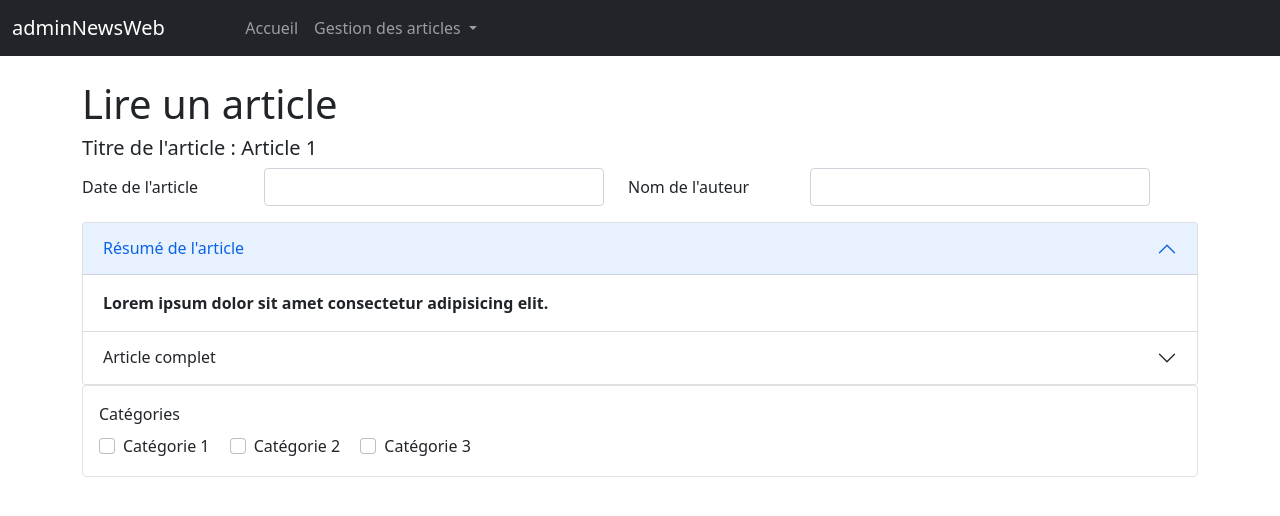
Repository: WebFormP/NewsWeb_PHP
Page: http://localhost/admin/?p=lireArticle
An editor plug-in stored every save of this project. The page is shown before and after the next save, followed by the edit.
The browser window is 1280 px wide. The pictures show the whole page.
The page is run by PHP 8.4 with error messages shown; the project is at /var/www/html/.

Above is the page before, as saved 2022-01-20 13:57:01.

### admin/index.php
<?php

include "./header.php";
include "./" . (isset($_GET["p"]) && !empty($_GET["p"]) ? $_GET["p"] : "lireTousArticles") . ".php";
include "./footer.php";

### admin/header.php
<?php
?>
<!doctype html>
<html lang="fr">

<head>
    <!-- Required meta tags -->
    <meta charset="utf-8">
    <meta name="viewport" content="width=device-width, initial-scale=1">

    <!-- Bootstrap CSS -->
    <link href="https://cdn.jsdelivr.net/npm/bootstrap@5.1.3/dist/css/bootstrap.min.css" rel="stylesheet" integrity="sha384-1BmE4kWBq78iYhFldvKuhfTAU6auU8tT94WrHftjDbrCEXSU1oBoqyl2QvZ6jIW3" crossorigin="anonymous">

    <title>NewsWeb - Créer un article</title>
</head>

<body>
    <nav class="navbar navbar-expand-lg navbar-dark bg-dark mb-4">
        <div class="container-fluid">
            <a class="navbar-brand col-2" href="#">adminNewsWeb</a>
            <button class="navbar-toggler" type="button" data-bs-toggle="collapse" data-bs-target="#navbarSupportedContent" aria-controls="navbarSupportedContent" aria-expanded="false" aria-label="Toggle navigation">
                <span class="navbar-toggler-icon"></span>
            </button>
            <div class="collapse navbar-collapse" id="navbarSupportedContent">
                <ul class="navbar-nav me-auto mb-2 mb-lg-0 col-10">
                    <li class="nav-item">
                        <a class="nav-link" aria-current="page" href="./">Accueil</a>
                    </li>
                    <li class="nav-item dropdown">
                        <a class="nav-link dropdown-toggle" href="#" id="navbarDropdown" role="button" data-bs-toggle="dropdown" aria-expanded="false">
                            Gestion des articles
                        </a>
                        <ul class="dropdown-menu" aria-labelledby="navbarDropdown">
                            <li><a class="dropdown-item" href="./?p=creerArticle">Créer un article</a></li>
                            <li><a class="dropdown-item" href="./?p=modifierArticle">Modifier un article</a></li>
                            <li><a class="dropdown-item" href="./?p=supprimerArticle">Supprimer un article</a></li>
                            <li>
                                <hr class="dropdown-divider">
                            </li>
                            <li><a class="dropdown-item" href="./?p=lireTousArticles">Liste des articles</a></li>
                        </ul>
                    </li>
                </ul>
            </div>
        </div>
    </nav>

### admin/lireArticle.php
<div class="container">
  <h1 class="col-12">Lire un article</h1>

  <h5>Titre de l'article : Article 1</h5>
  <div class="row">
    <div class="mb-3 row col-6">
      <label for="titreArticle" class="col-form-label col-4">Date de l'article</label>
      <div class="col-8">
        <input type="text" class="form-control" id="titreArticle" name="titreArticle">
      </div>
    </div>
    <div class="mb-3 row col-6">
      <label for="nomAuteur" class="col-form-label col-4">Nom de l'auteur</label>
      <div class="col-8">
        <input type="text" class="form-control" id="nomAuteur" name="nomAuteur">
      </div>
    </div>
  </div>

  <div class="accordion" id="accordionExample">
    <div class="accordion-item">
      <h2 class="accordion-header" id="headingOne">
        <button class="accordion-button" type="button" data-bs-toggle="collapse" data-bs-target="#collapseOne" aria-expanded="true" aria-controls="collapseOne">
          Résumé de l'article
        </button>
      </h2>
      <div id="collapseOne" class="accordion-collapse collapse show" aria-labelledby="headingOne" data-bs-parent="#accordionExample">
        <div class="accordion-body">
          <strong>Lorem ipsum dolor sit amet consectetur adipisicing elit.</strong>
        </div>
      </div>
    </div>
    <div class="accordion-item">
      <h2 class="accordion-header" id="headingTwo">
        <button class="accordion-button collapsed" type="button" data-bs-toggle="collapse" data-bs-target="#collapseTwo" aria-expanded="false" aria-controls="collapseTwo">
          Article complet
        </button>
      </h2>
      <div id="collapseTwo" class="accordion-collapse collapse" aria-labelledby="headingTwo" data-bs-parent="#accordionExample">
        <div class="accordion-body">
          <p>Lorem, ipsum dolor sit amet consectetur adipisicing elit. Quam voluptates, nulla porro magni itaque odio expedita, ea perferendis perspiciatis, deserunt tenetur amet veniam minus dolor blanditiis sequi obcaecati iure laboriosam.</p>
        </div>
      </div>
    </div>
  </div>

  <fieldset name="categ" legend="Catégories" class="border p-3 rounded mb-3">
    <label class="form-label">Catégories</label>
    <br />
    <div class="form-check form-check-inline">
      <input class="form-check-input" type="checkbox" id="inlineCheckbox1" value="option1" name="categories">
      <label class="form-check-label" for="inlineCheckbox1">Catégorie 1</label>
    </div>
    <div class="form-check form-check-inline">
      <input class="form-check-input" type="checkbox" id="inlineCheckbox2" value="option2" name="categories">
      <label class="form-check-label" for="inlineCheckbox2">Catégorie 2</label>
    </div>
    <div class="form-check form-check-inline">
      <input class="form-check-input" type="checkbox" id="inlineCheckbox2" value="option3" name="categories">
      <label class="form-check-label" for="inlineCheckbox2">Catégorie 3</label>
    </div>
  </fieldset>

</div>

### admin/footer.php
<?php
?>

<!-- Optional JavaScript; choose one of the two! -->

<!-- Option 1: Bootstrap Bundle with Popper -->
<script src="https://cdn.jsdelivr.net/npm/bootstrap@5.1.3/dist/js/bootstrap.bundle.min.js" integrity="sha384-ka7Sk0Gln4gmtz2MlQnikT1wXgYsOg+OMhuP+IlRH9sENBO0LRn5q+8nbTov4+1p" crossorigin="anonymous"></script>

<!-- Option 2: Separate Popper and Bootstrap JS -->
<!--
    <script src="https://cdn.jsdelivr.net/npm/@popperjs/core@2.10.2/dist/umd/popper.min.js" integrity="sha384-7+zCNj/IqJ95wo16oMtfsKbZ9ccEh31eOz1HGyDuCQ6wgnyJNSYdrPa03rtR1zdB" crossorigin="anonymous"></script>
    <script src="https://cdn.jsdelivr.net/npm/bootstrap@5.1.3/dist/js/bootstrap.min.js" integrity="sha384-QJHtvGhmr9XOIpI6YVutG+2QOK9T+ZnN4kzFN1RtK3zEFEIsxhlmWl5/YESvpZ13" crossorigin="anonymous"></script>
    -->
</body>

</html>

After the next save:
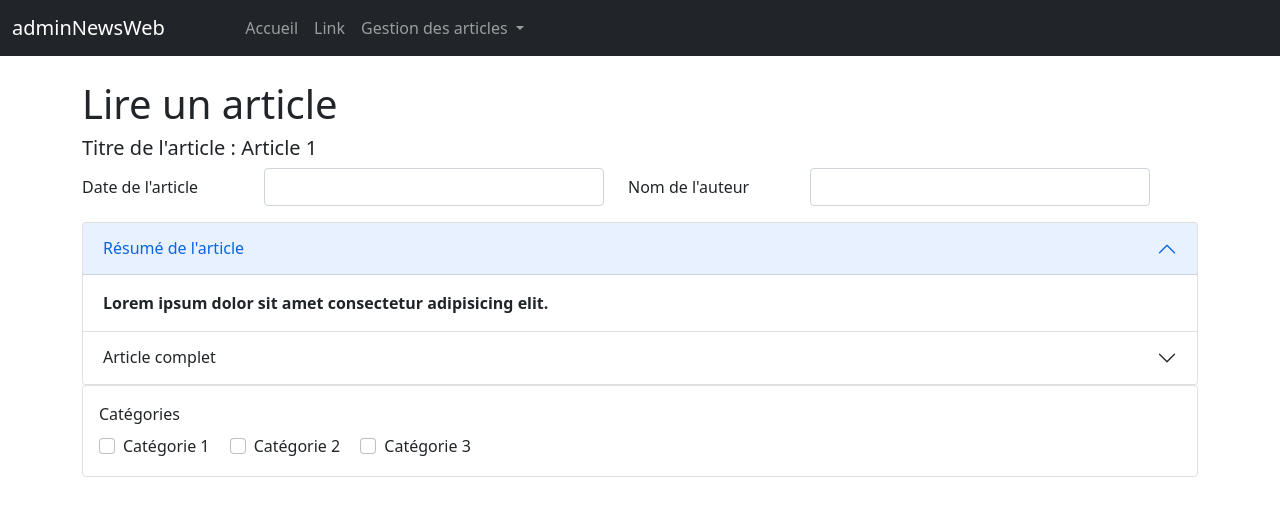
Saved 4 s later.
--- a/admin/header.php
+++ b/admin/header.php
@@ -26,11 +26,15 @@
                     <li class="nav-item">
                         <a class="nav-link" aria-current="page" href="./">Accueil</a>
                     </li>
+                    <li class="nav-item">
+                        <a class="nav-link" href="./">Link</a>
+                    </li>
                     <li class="nav-item dropdown">
                         <a class="nav-link dropdown-toggle" href="#" id="navbarDropdown" role="button" data-bs-toggle="dropdown" aria-expanded="false">
                             Gestion des articles
                         </a>
                         <ul class="dropdown-menu" aria-labelledby="navbarDropdown">
+                            <li><a class="dropdown-item" href="./?p=lireArticle">Lire un article</a></li>
                             <li><a class="dropdown-item" href="./?p=creerArticle">Créer un article</a></li>
                             <li><a class="dropdown-item" href="./?p=modifierArticle">Modifier un article</a></li>
                             <li><a class="dropdown-item" href="./?p=supprimerArticle">Supprimer un article</a></li>
